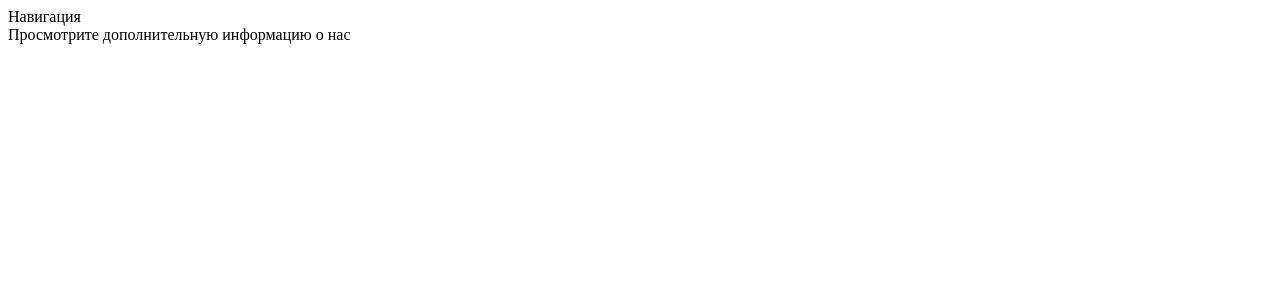
Repository: easydevgit/nuxt_basic
Page: /about
An editor plug-in stored every save of this project. The page is shown before and after a run of saves, followed by the edit.
The browser window is 1280 px wide. The pictures show the whole page.
The project was rebuilt for these pictures with package versions that can differ from the ones it lists, and the page was loaded fresh each time. The framework's server and built-in components were replaced by stand-ins that run in the browser. Also part of the build but not shown: nuxt.config.js, components/NuxtLogo.vue, components/Tutorial.vue.

Above is the page before, as saved 2022-01-04 13:02:43.

After the next 4 saves:
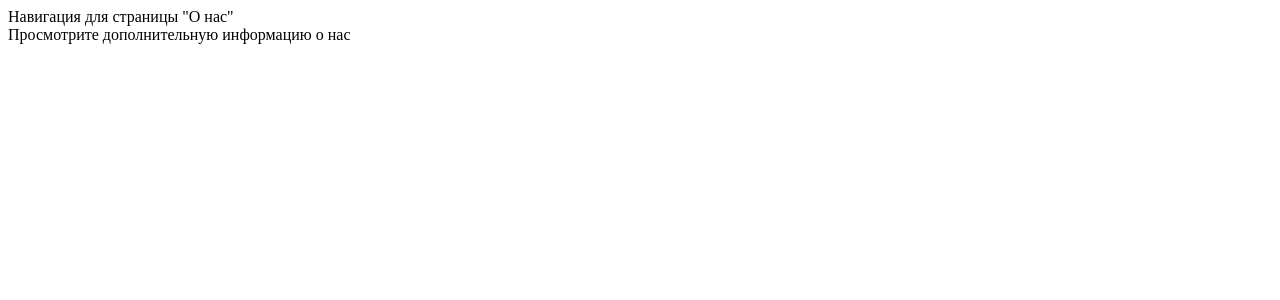
The 4 saves are shown as one change because they came seconds apart.
The last was saved 13 s later.
--- a/pages/about.vue
+++ b/pages/about.vue
@@ -6,6 +6,6 @@
 
 <script>
 export default {
-
+    layout: 'about'
 };
 </script>

After the save that followed:
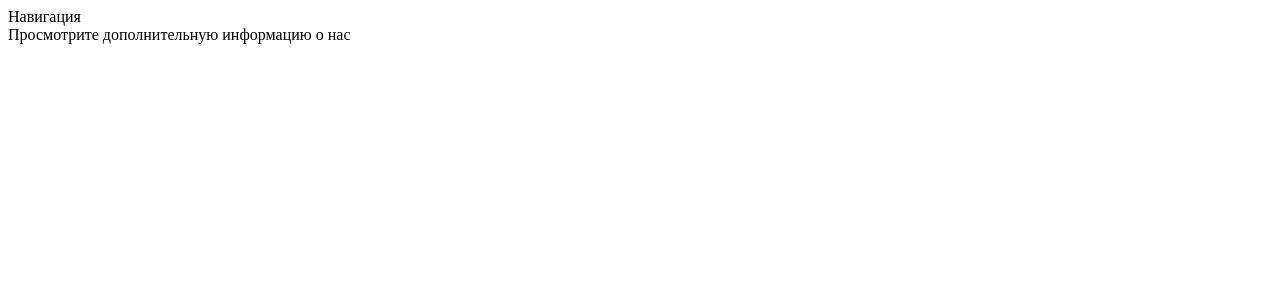
Saved 37 s later.
--- a/pages/about.vue
+++ b/pages/about.vue
@@ -5,7 +5,5 @@
 </template>
 
 <script>
-export default {
-    layout: 'about'
-};
+
 </script>
